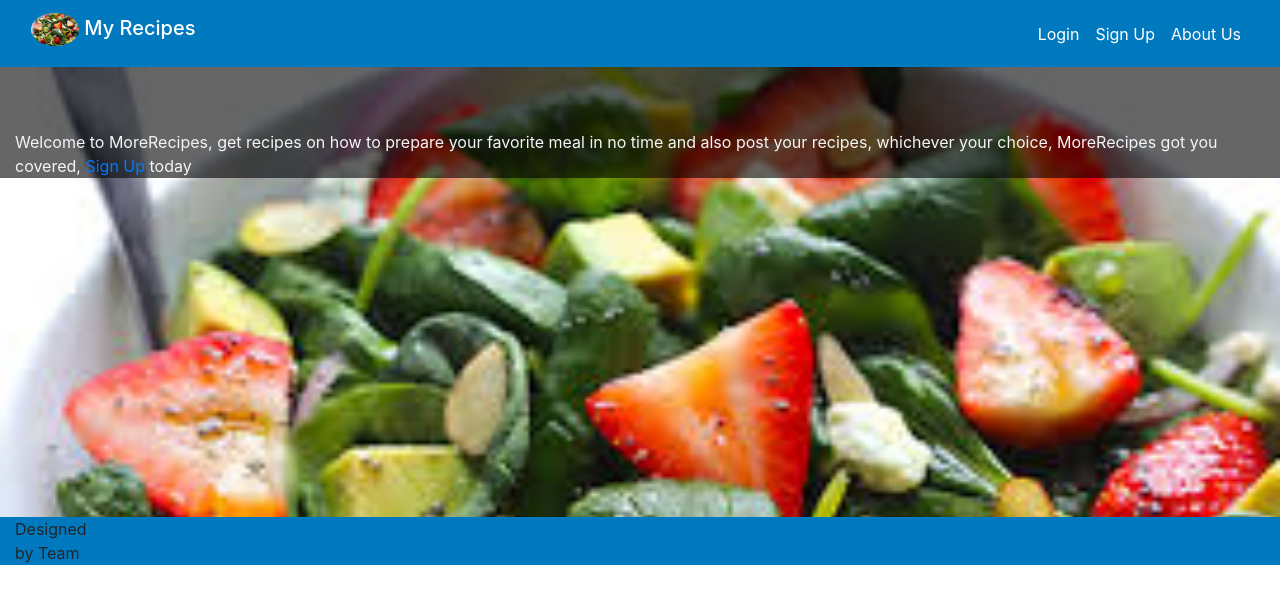
Repository: UggoPrince/more-recipes
Page: html/index.html
An editor plug-in stored every save of this project. The page is shown before and after the next save, followed by the edit.
The browser window is 1280 px wide. The pictures show the whole page.

Above is the page before, as saved 2018-07-30 06:57:25.

After the next save:
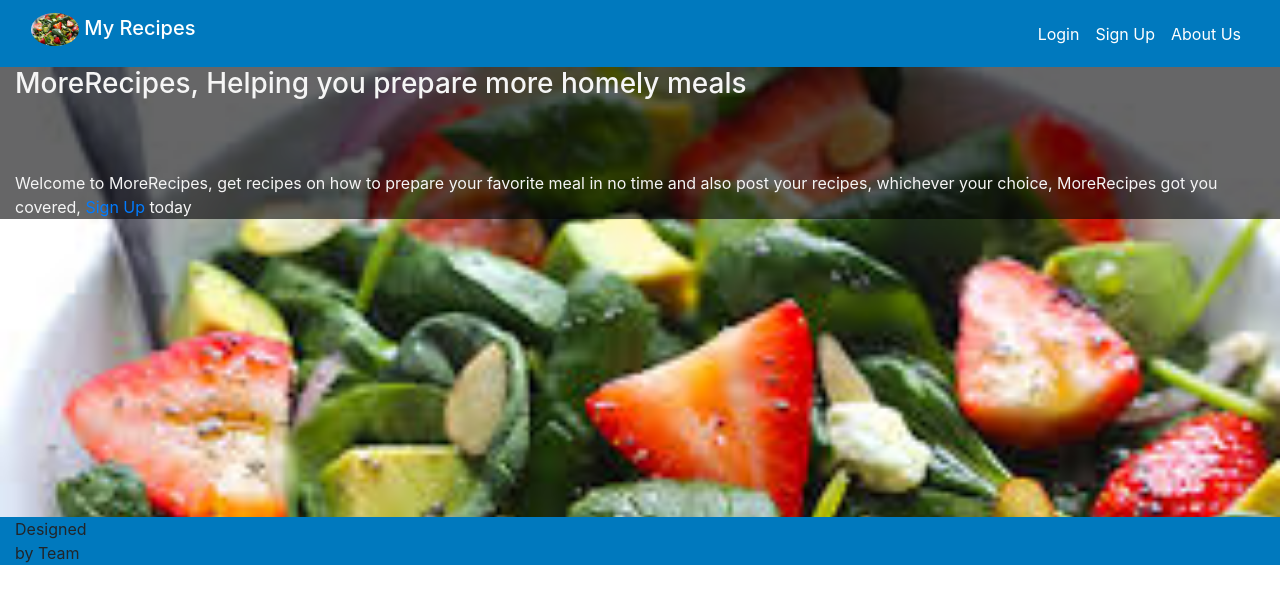
Saved 117 s later.
--- a/html/index.html
+++ b/html/index.html
@@ -54,6 +54,7 @@
   </nav>
   <div id="content">
     <main class="container-fluid">
+      <h3>MoreRecipes, Helping you prepare more homely meals</h3>
       <div style="padding-top: 5%">
           Welcome to MoreRecipes, get recipes on how to prepare your favorite meal in no time and also post your recipes, whichever your choice, MoreRecipes got you covered, <a href="signup.html">Sign Up</a> today
       </div>
